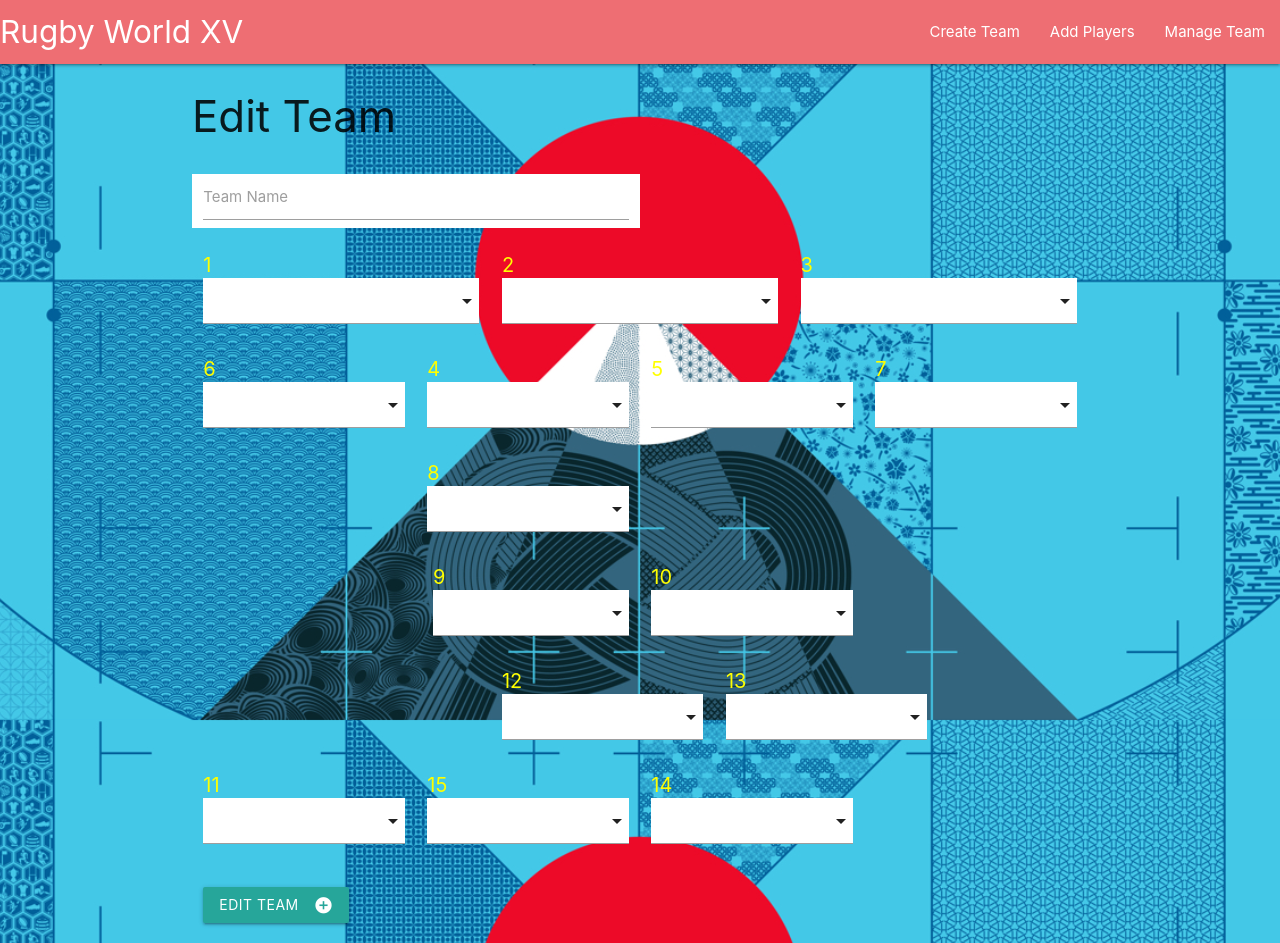
Repository: StephenWhittington/rugby-world-xv
Page: templates/editteam.html
The author's editor kept a record of every edit. The page is drawn from the files as they stood at one moment, then again after the next edit.
The browser window is 1280 px wide. The pictures show the whole page.
Backgrounds fixed to the window are drawn as part of the page. The page is served by the project's application, run on Flask 3 (app.py). The template is opened directly, without the code that normally fills it, so the values that code supplies are empty.

Above is the page before.

### templates/editteam.html
{% extends 'base.html' %} {% block content %}
<h3 class="header-text">Edit Team</h3>
<div class="row">
    <form action="{{ url_for('update_team', team_id=team._id) }}" method="POST" class="col s12">
        <div class="row">
            <div class="input-field input-info col s6">
                <input id="team_name" name="team_name" type="text" class="validate" value="{{team.team_name}}">
                <label for="team_name">Team Name</label>
            </div>
        </div>
        <div class="row">
            <div class="input-field col s4">
                <select id="loose_head_prop" name="loose_head_prop">
                    <option value="{{team.loose_head_prop}}">{{team.loose_head_prop}}</option>
                    {% for plyr in first_players_collection %}
                        {% if plyr.position == "Loosehead Prop" %}
                <option value="{{plyr.player_name}}">{{plyr.player_name}}</option>
                        {% endif %}
                    {% endfor %}
                </select>
                <label for="loose_head_prop">1</label>
            </div>
            <div class="input-field col s4">
                <select id="hooker" name="hooker">
                    <option value="{{team.hooker}}">{{team.hooker}}</option>
                    {% for plyr in second_players_collection %}
                        {% if plyr.position == "Hooker" %}
                    <option value="{{plyr.player_name}}">{{plyr.player_name}}</option>
                        {% endif %}
                    {% endfor %}
                    </select>
                <label for="hooker">2</label>
            </div>
            <div class="input-field col s4">
                <select id="tight_head_prop" name="tight_head_prop">
                    <option value="{{team.tight_head_prop}}">{{team.tight_head_prop}}</option>
                    {% for plyr in third_players_collection %}
                        {% if plyr.position == "Tighthead Prop" %}
                <option value="{{plyr.player_name}}">{{plyr.player_name}}</option>
                        {% endif %}
                    {% endfor %}
                    </select>
                <label for="tight_head_prop">3</label>
            </div>
        </div>
        <div class="row">
            <div class="input-field col s3">
                <select id="blind_side_flanker" name="blind_side_flanker">
                    <option value="{{team.blind_side_flanker}}">{{team.blind_side_flanker}}</option>
                    {% for plyr in fourth_players_collection %}
                        {% if plyr.position == "Flanker" %}
                <option value="{{plyr.player_name}}">{{plyr.player_name}}</option>
                        {% endif %}
                     {% endfor %}
                    </select>
                <label for="blind_side_flanker">6</label>
            </div>
            <div class="input-field col s3">
                <select id="second_row" name="second_row">
                    <option value="{{team.second_row}}">{{team.second_row}}</option>
                    {% for plyr in fith_players_collection %}
                        {% if plyr.position == "Second Row" %}
                <option value="{{plyr.player_name}}">{{plyr.player_name}}</option>
                        {% endif %}
                    {% endfor %}
                    </select>
                <label for="second_row">4</label>
            </div>
            <div class="input-field col s3">
                <select id="second_row_2" name="second_row_2">
                    <option value="{{team.second_row_2}}">{{team.second_row_2}}</option>
                    {% for plyr in sixth_players_collection %}
                        {% if plyr.position == "Second Row" %}
                <option value="{{plyr.player_name}}">{{plyr.player_name}}</option>
                        {% endif %}
                     {% endfor %}
                    </select>
                <label for="second_row_2">5</label>
            </div>
            <div class="input-field col s3">
                <select id="open_side_flanker" name="open_side_flanker">
                    <option value="{{team.open_side_flanker}}">{{team.open_side_flanker}}</option>
                    {% for plyr in seventh_players_collection %}
                        {% if plyr.position == "Flanker" %}
                <option value="{{plyr.player_name}}">{{plyr.player_name}}</option>
                        {% endif %}
                    {% endfor %}
                    </select>
                <label for="open_side_flanker">7</label>
            </div>
        </div>
        <div class="row">
            <div class="input-field col s3  offset-s3">
                <select id="number_eight" name="number_eight">
                    <option value="{{team.number_eight}}">{{team.number_eight}}</option>
                    {% for plyr in eighth_players_collection %}
                        {% if plyr.position == "Number 8" %}
                <option value="{{plyr.player_name}}">{{plyr.player_name}}</option>
                        {% endif %}
                    {% endfor %}
                    </select>
                <label for="number_eight">8</label>
            </div>
        </div>
        <div clas="row">
            <div class="input-field col s3 offset-s3">
                <select id="scrum_half" name="scrum_half">
                    <option value="{{team.scrum_half}}">{{team.scrum_half}}</option>
                    {% for plyr in ninth_players_collection %}
                        {% if plyr.position == "Scrum Half" %}
                <option value="{{plyr.player_name}}">{{plyr.player_name}}</option>
                        {% endif %}
                    {% endfor %}
                    </select>
                <label for="scrum_half">9</label>
            </div>
        </div>
        <div class="row">
            <div class="input-field col s3">
                <select id="fly_half" name="fly_half">
                    <option value="{{team.fly_half}}">{{team.fly_half}}</option>
                    {% for plyr in tenth_players_collection %}
                        {% if plyr.position == "Fly Half" %}
                <option value="{{plyr.player_name}}">{{plyr.player_name}}</option>
                        {% endif %}
                    {% endfor %}
                    </select>
                <label for="fly_half">10</label>
            </div>
        </div>
        <div class="row">
            <div class="input-field col s3 offset-s4">
                <select id="inside_centre" name="inside_centre">
                    <option value="{{team.inside_centre}}">{{team.inside_centre}}</option>
                    {% for plyr in eleventh_players_collection %}
                        {% if plyr.position == "Inside Centre" %}
                <option value="{{plyr.player_name}}">{{plyr.player_name}}</option>
                        {% endif %}
                    {% endfor %}
                    </select>
                <label for="inside_centre">12</label>
            </div>
            <div class="input-field col s3">
                <select id="outside_centre" name="outside_centre">
                    <option value="{{team.outside_centre}}">{{team.outside_centre}}</option>
                    {% for plyr in twelth_players_collection %}
                        {% if plyr.position == "Outside Centre" %}
                <option value="{{plyr.player_name}}">{{plyr.player_name}}</option>
                        {% endif %}
                     {% endfor %}
                    </select>
                <label for="outside_centre">13</label>
            </div>
        </div>
        <div class="row">
            <div class="input-field col s3">
                <select id="left_wing" name="left_wing">
                    <option value="{{team.left_wing}}">{{team.left_wing}}</option>
                    {% for plyr in thirteenth_players_collection %}
                        {% if plyr.position == "Left Wing" %}
                <option value="{{plyr.player_name}}">{{plyr.player_name}}</option>
                        {% endif %}
                    {% endfor %}
                    </select>
                <label for="left_wing">11</label>
            </div>
            <div class="input-field col s3">
                <select id="full_back" name="full_back">
                    <option value="{{team.full_back}}">{{team.full_back}}</option>
                    {% for plyr in fourteenth_players_collection %}
                        {% if plyr.position == "Fullback" %}
                <option value="{{plyr.player_name}}">{{plyr.player_name}}</option>
                        {% endif %}
                     {% endfor %}
                    </select>
                <label for="full_back">15</label>
            </div>
            <div class="input-field col s3">
                <select id="right_wing" name="right_wing">
                    <option value="{{team.right_wing}}">{{team.right_wing}}</option>
                    {% for plyr in fithteenth_players_collection %}
                        {% if plyr.position == "Right Wing" %}
                <option value="{{plyr.player_name}}">{{plyr.player_name}}</option>
                        {% endif %}
                    {% endfor %}
                    </select>
                <label for="right_wing">14</label>
            </div>
        </div>
        <div class="row">
            <div class="col s3">
                <button class="btn waves-effect waves-light" type="submit" name="action">Edit Team
                <i class="material-icons right">add_circle</i>
             </button>
            </div>
        </div>
    </form>
</div>



{% endblock %}

### templates/base.html
<!DOCTYPE html>
<html lang="en">

<head>
    <meta charset="UTF-8">
    <meta name="viewport" content="width=device-width, initial-scale=1.0">
    <meta http-equiv="X-UA-Compatible" content="ie=edge">
    <link href="https://fonts.googleapis.com/icon?family=Material+Icons" rel="stylesheet">
    <link rel="stylesheet" href="https://cdnjs.cloudflare.com/ajax/libs/materialize/1.0.0/css/materialize.min.css">
    <link rel="stylesheet" href="{{url_for('static', filename='css/style.css')}}" type="text/css" />
    <title>World XV</title>
</head>

<body class="background_image">

    <header>
        <nav>
            <div class="nav-wrapper">
                <a href="{{url_for('view_team')}}" class="brand-logo">Rugby World XV</a>
                <a href="#" data-target="mobile-demo" class="sidenav-trigger"><i class="material-icons">menu</i></a>
                <ul id="nav-mobile" class="right hide-on-med-and-down">
                    <li><a href="{{url_for('create_team')}}">Create Team</a></li>
                    <li><a href="{{url_for('new_team')}}">Add Players</a></li>
                    <li><a href="{{url_for('manage_team')}}">Manage Team</a></li>
                </ul>
            </div>
        </nav>
        <ul class="sidenav" id="mobile-demo">
            <li><a href="{{url_for('create_team')}}">Create Team</a></li>
            <li><a href="{{url_for('new_team')}}">Add Players</a></li>
            <li><a href="{{url_for('manage_team')}}">Manage Team</a></li>
        </ul>
    </header>



    <div class="container">
        {% block content %} {% endblock %}
    </div>


    <script src="https://code.jquery.com/jquery-3.4.1.js" integrity="sha256-WpOohJOqMqqyKL9FccASB9O0KwACQJpFTUBLTYOVvVU=" crossorigin="anonymous"></script>
    <script src="https://cdnjs.cloudflare.com/ajax/libs/materialize/1.0.0/js/materialize.min.js"></script>
    <script type="text/javascript">
        $(document).ready(function() {
            $('.collapsible').collapsible();
            $('select').formSelect();
            $('.sidenav').sidenav();
        });
    </script>
</body>

</html>

### app.py
import os
from flask import Flask, render_template, redirect, request, url_for, request
from flask_pymongo import PyMongo
from bson.objectid import ObjectId
from dotenv import load_dotenv
load_dotenv()

app = Flask(__name__)

app.config["MONGO_URI"] = os.getenv("MONGO_URI")

mongo = PyMongo(app)


@app.route('/')
@app.route('/create_team')
def view_team():
    return render_template("team.html",
                            first_players_collection=mongo.db.players.find(),
                            second_players_collection = mongo.db.players.find(),
                            third_players_collection = mongo.db.players.find(),
                            fourth_players_collection = mongo.db.players.find(),
                            fith_players_collection = mongo.db.players.find(),
                            sixth_players_collection = mongo.db.players.find(),
                            seventh_players_collection = mongo.db.players.find(),
                            eighth_players_collection = mongo.db.players.find(),
                            ninth_players_collection = mongo.db.players.find(),
                            tenth_players_collection = mongo.db.players.find(),
                            eleventh_players_collection = mongo.db.players.find(),
                            twelth_players_collection = mongo.db.players.find(),
                            thirteenth_players_collection = mongo.db.players.find(),
                            fourteenth_players_collection = mongo.db.players.find(),
                            fithteenth_players_collection = mongo.db.players.find())


@app.route('/new_team')
def new_team():
    return render_template("addplayers.html",
                            addplayers=mongo.db.players.find())

@app.route('/add_player', methods=['POST'])
def add_player():
    addplayers = mongo.db.players
    addplayers.insert_one(request.form.to_dict())
    return redirect(url_for('create_team'))

@app.route('/create_team')
def create_team():
    return render_template("team.html",
                            first_players_collection=mongo.db.players.find())

@app.route('/add_team', methods=['POST'])
def add_team():
    team =  mongo.db.team
    team.insert_one(request.form.to_dict())
    return redirect(url_for('manage_team'))

@app.route('/manage_team')
def manage_team():
    return render_template("manageteam.html",
                            team=mongo.db.team.find())

@app.route('/delete_team/<team_id>')
def delete_team(team_id):
    mongo.db.team.remove({'_id': ObjectId(team_id)})
    return redirect(url_for('manage_team'))

@app.route('/edit_team/<team_id>')
def edit_team(team_id):
    the_team =  mongo.db.team.find_one({"_id": ObjectId(team_id)})
    all_positions =  mongo.db.team.find()
    return render_template('editteam.html', team=the_team,
                           positions=all_positions,
                           first_players_collection=mongo.db.players.find(),
                           second_players_collection = mongo.db.players.find(),
                           third_players_collection = mongo.db.players.find(),
                           fourth_players_collection = mongo.db.players.find(),
                           fith_players_collection = mongo.db.players.find(),
                           sixth_players_collection = mongo.db.players.find(),
                           seventh_players_collection = mongo.db.players.find(),
                           eighth_players_collection = mongo.db.players.find(),
                           ninth_players_collection = mongo.db.players.find(),
                           tenth_players_collection = mongo.db.players.find(),
                           eleventh_players_collection = mongo.db.players.find(),
                           twelth_players_collection = mongo.db.players.find(),
                           thirteenth_players_collection = mongo.db.players.find(),
                           fourteenth_players_collection = mongo.db.players.find(),
                           fithteenth_players_collection = mongo.db.players.find())

@app.route('/update_team/<team_id>', methods=["POST"])
def update_team(team_id):
    team = mongo.db.team
    team.update( {'_id': ObjectId(team_id)},
    {
        'team_name':request.form.get('team_name'),
        'loose_head_prop':request.form.get('loose_head_prop'),
        'hooker':request.form.get('hooker'),
        'tight_head_prop': request.form.get('tight_head_prop'),
        'blind_side_flanker': request.form.get('blind_side_flanker'),
        'second_row':request.form.get('second_row'),
        'second_row_2':request.form.get('second_row_2'),
        'open_side_flanker':request.form.get('open_side_flanker'),
        'number_eight':request.form.get('number_eight'),
        'scrum_half':request.form.get('scrum_half'),
        'fly_half':request.form.get('fly_half'),
        'inside_centre':request.form.get('inside_centre'),
        'outside_centre':request.form.get('outside_centre'),
        'left_wing':request.form.get('left_wing'),
        'full_back':request.form.get('full_back'),
        'right_wing':request.form.get('right_wing')
    })
    return redirect(url_for('manage_team'))


if __name__ == '__main__':
    app.run(host=os.environ.get('IP'),
            port=int(os.environ.get('PORT')),
            debug=True)

### static/css/style.css
.background_image {
    height: 100vh;
    background: url("../images/worldcupback.jpg") no-repeat center center fixed;
    -webkit-background-size: cover;
    -moz-background-size: cover;
    -o-background-size: cover;
    background-size: cover;
    align-items: center;
    position: relative;
    justify-content: center;
}

.select-wrapper {
    background-color: white;
}


.select-wrapper+label {
    position: absolute;
    top: -40px;
    font-size: 20px;
    color: yellow;
}

.input-info {
    background-color: white;
}

After the next edit:
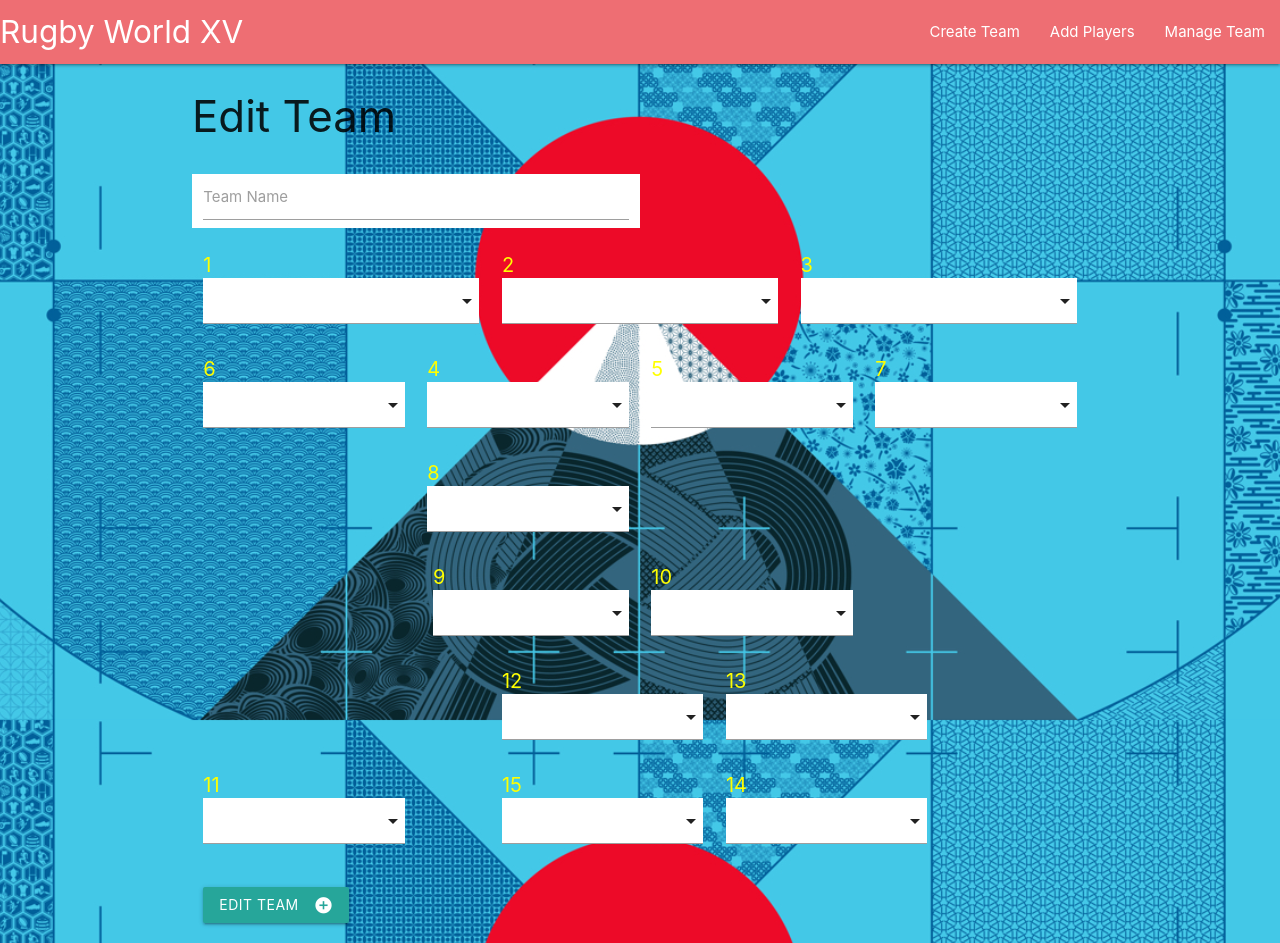
The edit:
--- a/templates/editteam.html
+++ b/templates/editteam.html
@@ -164,7 +164,7 @@
                     </select>
                 <label for="left_wing">11</label>
             </div>
-            <div class="input-field col s3">
+            <div class="input-field col s3 offset-s1">
                 <select id="full_back" name="full_back">
                     <option value="{{team.full_back}}">{{team.full_back}}</option>
                     {% for plyr in fourteenth_players_collection %}
